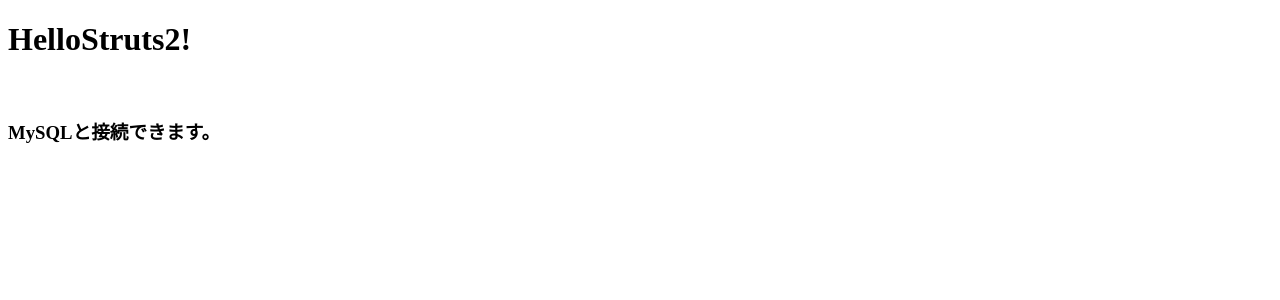
Repository: MasayaOuchi/test
Page: http://localhost/Webproj2/helllo.jsp
An editor plug-in stored every save of this project. The page is shown before and after the next save, followed by the edit.
The browser window is 1280 px wide. The pictures show the whole page.
The page is served by Tomcat 9. Other server files are loaded and not shown.

Above is the page before, as saved 2018-10-12 08:07:39.

### Webproj2/WebContent/helllo.jsp
<%@ page language="java" contentType="text/html; charset=UTF-8" pageEncoding="UTF-8" %>
<%@ taglib prefix="s" uri="/struts-tags"%>
<!DOCTYPE html>
<html>
<head>
<meta charset="utf-8">
<title>HelloStruts</title>
</head>
<body>
<h1>HelloStruts2!</h1>
<br>
<h3>MySQLと接続できます。</h3>
</body>
</html>

After the next save:
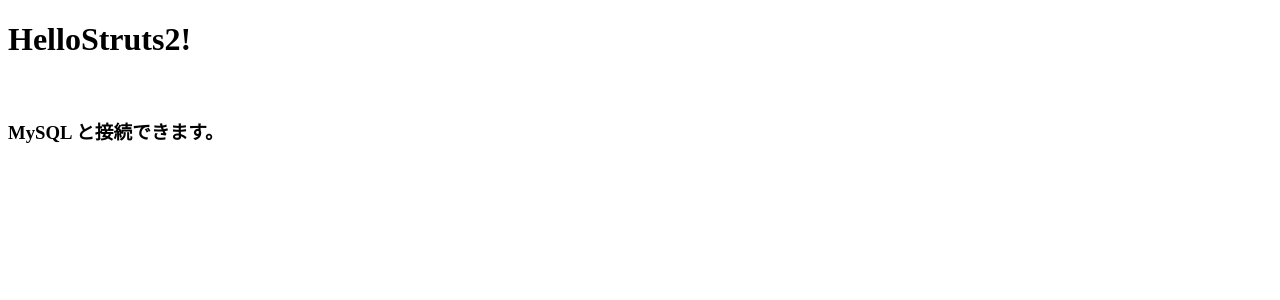
Saved 15 min 54 s later.
--- a/Webproj2/WebContent/helllo.jsp
+++ b/Webproj2/WebContent/helllo.jsp
@@ -1,4 +1,4 @@
-<%@ page language="java" contentType="text/html; charset=UTF-8" pageEncoding="UTF-8" %>
+<%@ page language="java" contentType="text/html; charset=UTF-8" pageEncoding="UTF-8"%>
 <%@ taglib prefix="s" uri="/struts-tags"%>
 <!DOCTYPE html>
 <html>
@@ -9,6 +9,6 @@
 <body>
 <h1>HelloStruts2!</h1>
 <br>
-<h3>MySQLと接続できます。</h3>
+<h3>MySQL と接続できます。</h3>
 </body>
 </html>
